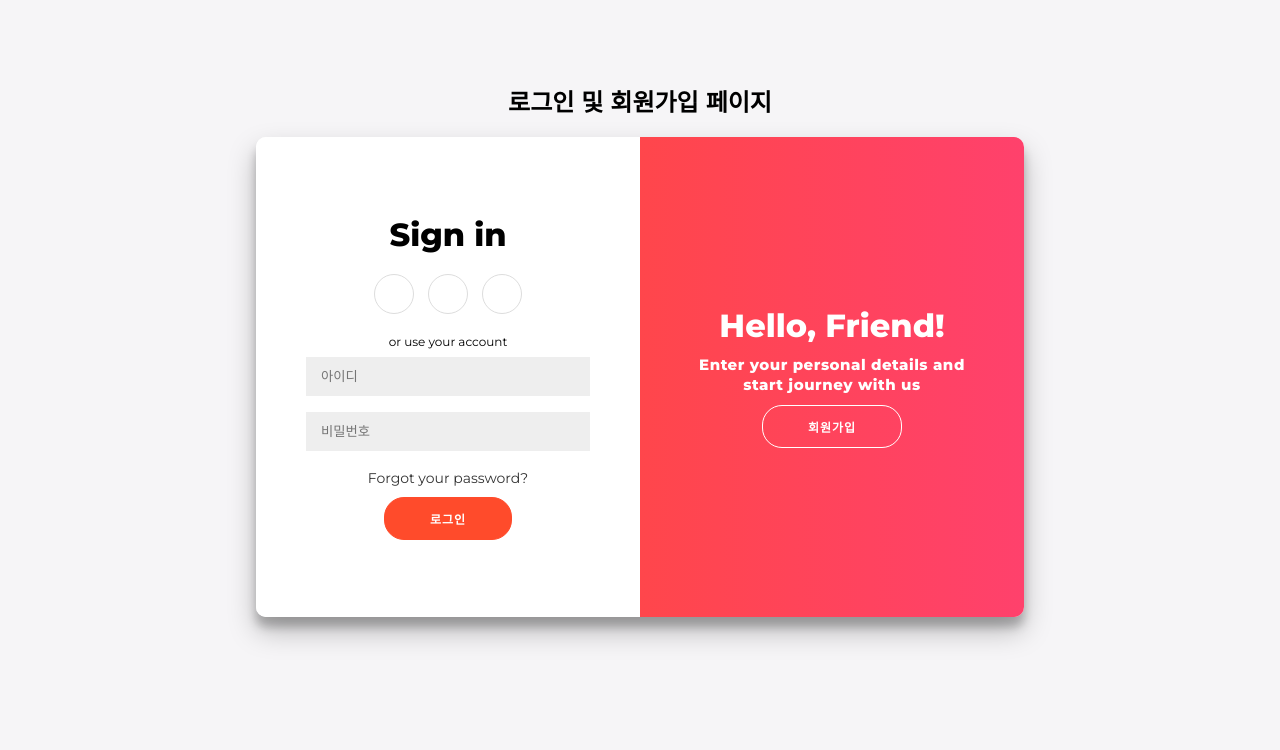
Repository: gatsby5959/_myjsp_workspace_paging_com_2
Page: http://localhost/myjsp_project/index.jsp
These files come from the project's save history. The page is drawn as it stood at one moment and after the next save; the edit follows.
The browser window is 1280 px wide. The pictures show the whole page.
The page is served by Tomcat 9. Other server files are loaded and not shown.

Above is the page before, as saved 2023-09-25 17:16:42.

### myjsp_project/src/main/webapp/index.jsp
<%@ page language="java" contentType="text/html; charset=UTF-8"
    pageEncoding="UTF-8"%>
<% request.setCharacterEncoding("UTF-8"); %>






<!-- 추가부분 시작 ---------------------------------------------------------------->
<!DOCTYPE html>
<html lang="en">
<head>
    <meta charset="UTF-8">
    <meta name="viewport" content="width=device-width, initial-scale=1.0">
    <title>Document</title>
    <!-- <script src="test.js"></script> -->
    <!-- <script src="test.css"></script> -->
    <link rel="stylesheet" href="test.css">

<body>


<!--<h2>Weekly Coding Challenge #1: Sign in/up Form</h2>-->
<h2>로그인 및 회원가입 페이지</h2>
<div class="container" id="container">
  <div class="form-container sign-up-container">
    <form action="#">
      <h1>Create Account</h1>
      <div class="social-container">
        <a href="#" class="social"><i class="fab fa-facebook-f"></i></a>
        <a href="#" class="social"><i class="fab fa-google-plus-g"></i></a>
        <a href="#" class="social"><i class="fab fa-linkedin-in"></i></a>
      </div>
      <span>or use your email for registration</span>
      <input type="text" placeholder="Name" />
      <input type="email" placeholder="아이디" />
      <input type="password" placeholder="비밀번호" />
      <button>회원가입</button>
    </form>
  </div>
  <div class="form-container sign-in-container">
    <form action="/mem/login" method="post">
      <h1>Sign in</h1>
      <div class="social-container">
        <a href="#" class="social"><i class="fab fa-facebook-f"></i></a>
        <a href="#" class="social"><i class="fab fa-google-plus-g"></i></a>
        <a href="#" class="social"><i class="fab fa-linkedin-in"></i></a>
      </div>
      <span>or use your account</span>
      <input type="text" placeholder="아이디" />
      <input type="text" placeholder="비밀번호" />
      <a href="#">Forgot your password?</a>
      <button>로그인</button>
    </form>
  </div>
  <div class="overlay-container">
    <div class="overlay">
      <div class="overlay-panel overlay-left">
        <h1>Welcome Back!</h1>
        <p>To keep connected with us please login with your personal info</p>
        <button class="ghost" id="signIn">로그인</button>
      </div>
      <div class="overlay-panel overlay-right">
        <h1>Hello, Friend!</h1>
        <p>Enter your personal details and start journey with us</p>
        <button class="ghost" id="signUp">회원가입</button>
      </div>
    </div>
  </div>
</div>



<!-- <script src="test.js"></script> 값이 없으면 못먹는 경우도 있어서 그 처리를 아래에 넣는 경우도 있음 스타일은 헤더에 스크리븡는 바디 닫기 직기전에 넣을수도잇음 -->
</body>
</html>

<!-- 추가부분 끝 ------------------------------------------------------------------>

### myjsp_project/src/main/webapp/test.css

@import url('https://fonts.googleapis.com/css?family=Montserrat:400,800');

* {
	box-sizing: border-box;
}

body {
	background: #f6f5f7;
	display: flex;
	justify-content: center;
	align-items: center;
	flex-direction: column;
	font-family: 'Montserrat', sans-serif;
	height: 100vh;
	margin: -20px 0 50px;
}

h1 {
	font-weight: bold;
	margin: 0;
}

h2 {
	text-align: center;
}

p {
	font-size: 15px;
	font-weight: 100;
	line-height: 20px;
	letter-spacing: 0.5px;
	margin: 10px 0 10px;
	       font-weight: bold; /* 글자 굵게 설정 */

}

span {
	font-size: 12px;
}

a {
	color: #333;
	font-size: 14px;
	text-decoration: none;
	margin: 10px 0;
}

button {
	border-radius: 20px;
	border: 1px solid #FF4B2B;
	background-color: #FF4B2B;
	color: #FFFFFF;
	font-size: 12px;
	font-weight: bold;
	padding: 12px 45px;
	letter-spacing: 1px;
	text-transform: uppercase;
	transition: transform 80ms ease-in;
}

button:active {
	transform: scale(0.95);
}

button:focus {
	outline: none;
}

button.ghost {
	background-color: transparent;
	border-color: #FFFFFF;
}

form {
	background-color: #FFFFFF;
	display: flex;
	align-items: center;
	justify-content: center;
	flex-direction: column;
	padding: 0 50px;
	height: 100%;
	text-align: center;
}

input {
	background-color: #eee;
	border: none;
	padding: 12px 15px;
	margin: 8px 0;
	width: 100%;
}

.container {
	background-color: #fff;
	border-radius: 10px;
  	box-shadow: 0 14px 28px rgba(0,0,0,0.25),
			0 10px 10px rgba(0,0,0,0.22);
	position: relative;
	overflow: hidden;
	width: 768px;
	max-width: 100%;
	min-height: 480px;
}

.form-container {
	position: absolute;
	top: 0;
	height: 100%;
	transition: all 0.6s ease-in-out;
}

.sign-in-container {
	left: 0;
	width: 50%;
	z-index: 2;
}

.container.right-panel-active .sign-in-container {
	transform: translateX(100%);
}

.sign-up-container {
	left: 0;
	width: 50%;
	opacity: 0;
	z-index: 1;
}

.container.right-panel-active .sign-up-container {
	transform: translateX(100%);
	opacity: 1;
	z-index: 5;
	animation: show 0.6s;
}

@keyframes show {
	0%, 49.99% {
		opacity: 0;
		z-index: 1;
	}

	50%, 100% {
		opacity: 1;
		z-index: 5;
	}
}

.overlay-container {
	position: absolute;
	top: 0;
	left: 50%;
	width: 50%;
	height: 100%;
	overflow: hidden;
	transition: transform 0.6s ease-in-out;
	z-index: 100;
}

.container.right-panel-active .overlay-container{
	transform: translateX(-100%);
}

.overlay {
	background: #FF416C;
	background: -webkit-linear-gradient(to right, #FF4B2B, #FF416C);
	background: linear-gradient(to right, #FF4B2B, #FF416C);
	background-repeat: no-repeat;
	background-size: cover;
	background-position: 0 0;
	color: #FFFFFF;
	position: relative;
	left: -100%;
	height: 100%;
	width: 200%;
  	transform: translateX(0);
	transition: transform 0.6s ease-in-out;
}

.container.right-panel-active .overlay {
  	transform: translateX(50%);
}

.overlay-panel {
	position: absolute;
	display: flex;
	align-items: center;
	justify-content: center;
	flex-direction: column;
	padding: 0 40px;
	text-align: center;
	top: 0;
	height: 100%;
	width: 50%;
	transform: translateX(0);
	transition: transform 0.6s ease-in-out;
}

.overlay-left {
	transform: translateX(-20%);
}

.container.right-panel-active .overlay-left {
	transform: translateX(0);
}

.overlay-right {
	right: 0;
	transform: translateX(0);
}

.container.right-panel-active .overlay-right {
	transform: translateX(20%);
}

.social-container {
	margin: 20px 0;
}

.social-container a {
	border: 1px solid #DDDDDD;
	border-radius: 50%;
	display: inline-flex;
	justify-content: center;
	align-items: center;
	margin: 0 5px;
	height: 40px;
	width: 40px;
}

footer {
    background-color: #222;
    color: #fff;
    font-size: 14px;
    bottom: 0;
    position: fixed;
    left: 0;
    right: 0;
    text-align: center;
    z-index: 999;
}

footer p {
    margin: 10px 0;
}

footer i {
    color: red;
}

footer a {
    color: #3c97bf;
    text-decoration: none;
}












/* 로그인 버튼 스타일 */
.logged-in button {
    background-color: #007bff; /* 배경색 변경 */
    font-weight: bold; /* 글씨 굵게 변경 */
    color: #fff; /* 글씨색 변경 */
}

/* 전체적인 스타일 변경 */
.logged-in .container {
    transform: translateY(-20px); /* 위로 이동 */
}

/* 로그인 했을 때 특정 div 스타일 변경 */
.logged-in .user-info-container {
    background-color: #f0f0f0; /* 배경색 변경 */
           font-weight: bold; /* 글자 굵게 설정 */
    font-size: 15px; /* 글자 크기 설정 */
}

/* 추가한 스타일 */
.user-info-container {
    display: flex;
    flex-direction: column;
    justify-content: center;
    align-items: center;
    height: 50vh; /* 화면 높이에 맞게 조정 */
    transition: transform 0.3s ease; /* 부드러운 변환 효과 추가 */
       font-weight: bold; /* 글자 굵게 설정 */
    font-size: 15px; /* 글자 크기 설정 */
}

.user-info {
    text-align: center;
    margin-bottom: 5px;
}

.user-actions {
    display: flex;
    flex-direction: column;
    gap: 1px;
    text-align: center;
}

.btn {
    padding: 10px 10px;
    border: none;
    border-radius: 5px;
    cursor: pointer;
}

.btn-primary {
    background-color: #ff4800;
    color: #fff;
}

.btn-success {
    background-color: #a7285b;
    color: #fff;
}

.btn-danger {
    background-color: #dc3545;
    color: #fff;
}

.btn-info {
    background-color: #17a2b8;
    color: #fff;
}

Loaded but not shown: myjsp_project/src/main/webapp/test.js (common file)

After the next save:
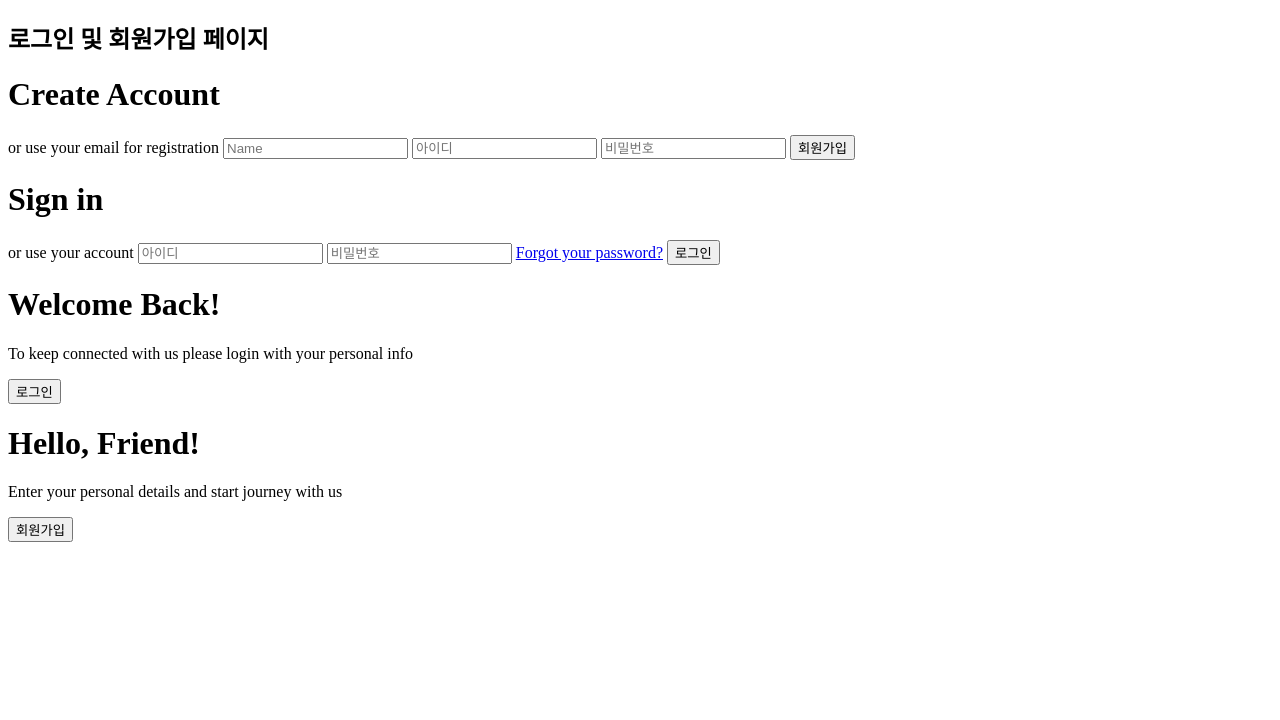
Saved 76 s later.
--- a/myjsp_project/src/main/webapp/index.jsp
+++ b/myjsp_project/src/main/webapp/index.jsp
@@ -16,7 +16,7 @@
     <title>Document</title>
     <!-- <script src="test.js"></script> -->
     <!-- <script src="test.css"></script> -->
-    <link rel="stylesheet" href="test.css">
+<!--     <link rel="stylesheet" href="test.css"> -->
 
 <body>
 

After the save that followed:
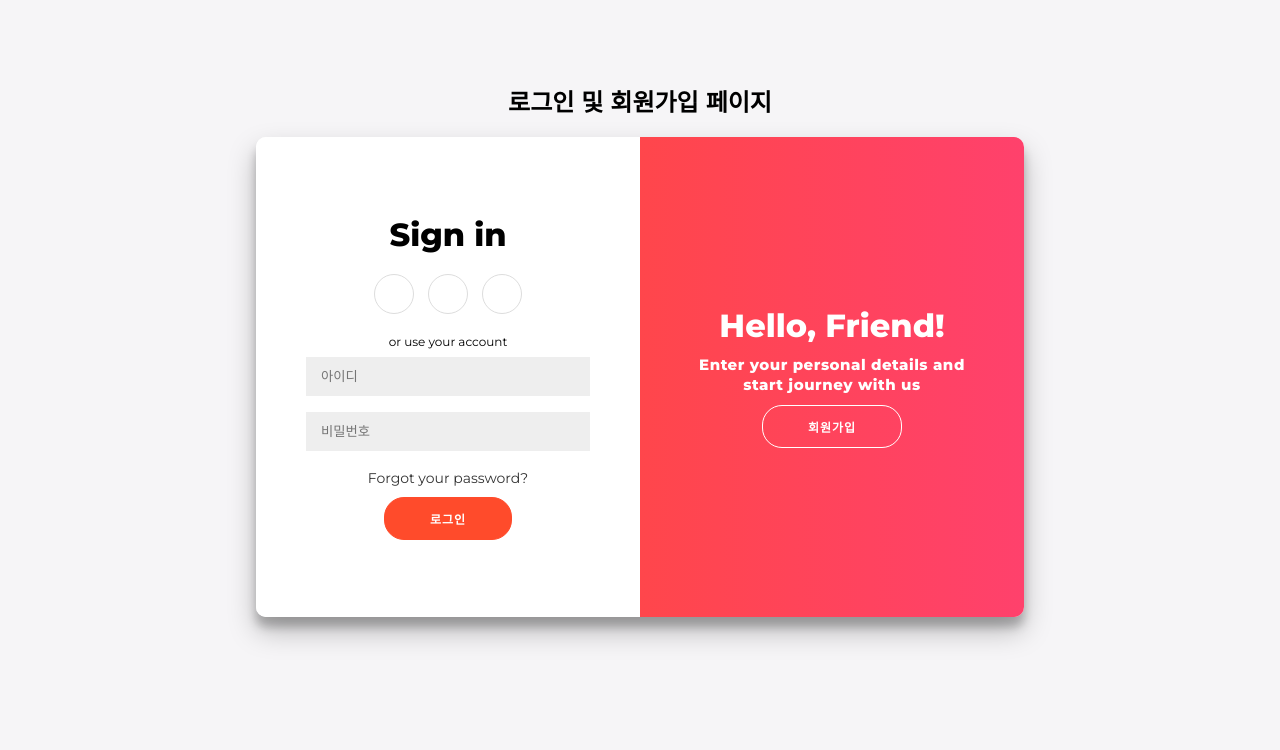
Console error: TypeError: Cannot read properties of null (reading 'addEventListener')
Saved 53 s later.
--- a/myjsp_project/src/main/webapp/index.jsp
+++ b/myjsp_project/src/main/webapp/index.jsp
@@ -14,9 +14,9 @@
     <meta charset="UTF-8">
     <meta name="viewport" content="width=device-width, initial-scale=1.0">
     <title>Document</title>
-    <!-- <script src="test.js"></script> -->
-    <!-- <script src="test.css"></script> -->
-<!--     <link rel="stylesheet" href="test.css"> -->
+    <script src="test.js"></script>
+    <script src="test.css"></script>
+    <link rel="stylesheet" href="test.css">
 
 <body>
 
